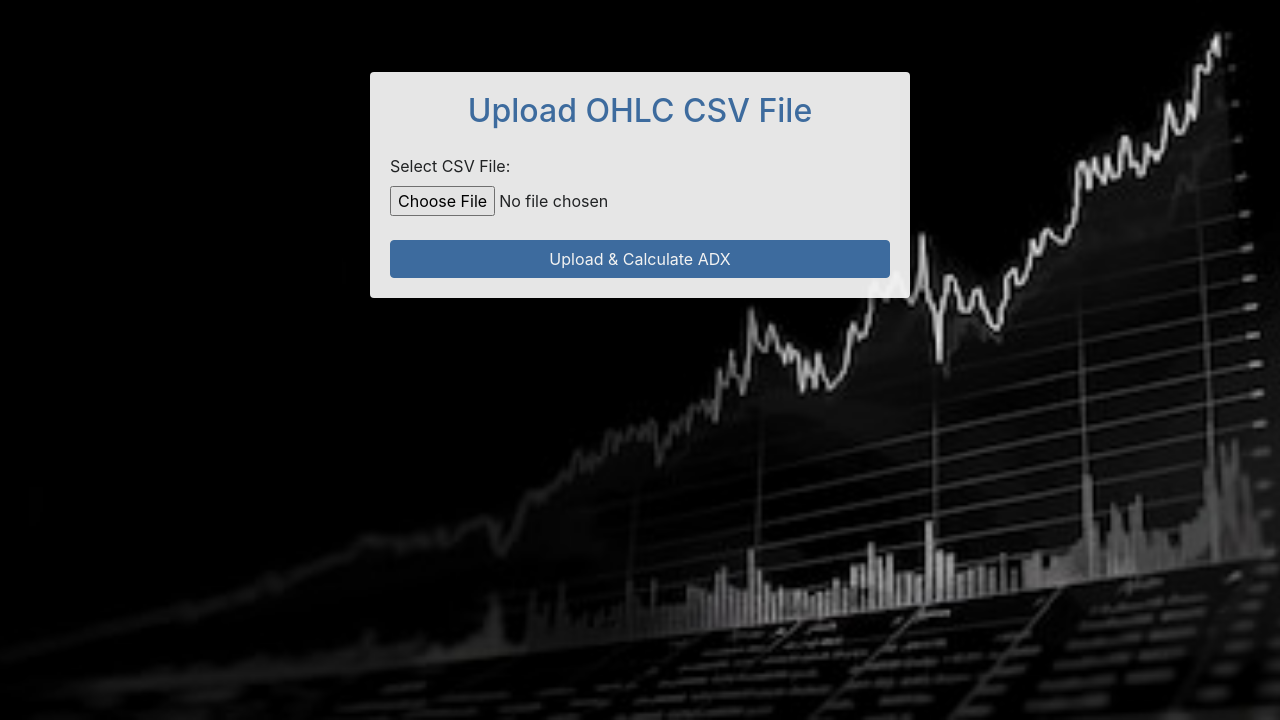
Repository: TEJAS-MI/Intelliqube-Assignment
Page: http://localhost/
The author's editor kept a copy of each file at every save. The page is drawn from the files as they stood at one save, then again after the next save.
The browser window is 1280 px wide. The pictures show the whole page.
The page is served by the project's application, run on Django 2.2 (manage.py).

Above is the page before, as saved 2025-12-03 20:26:15.

After the next save:
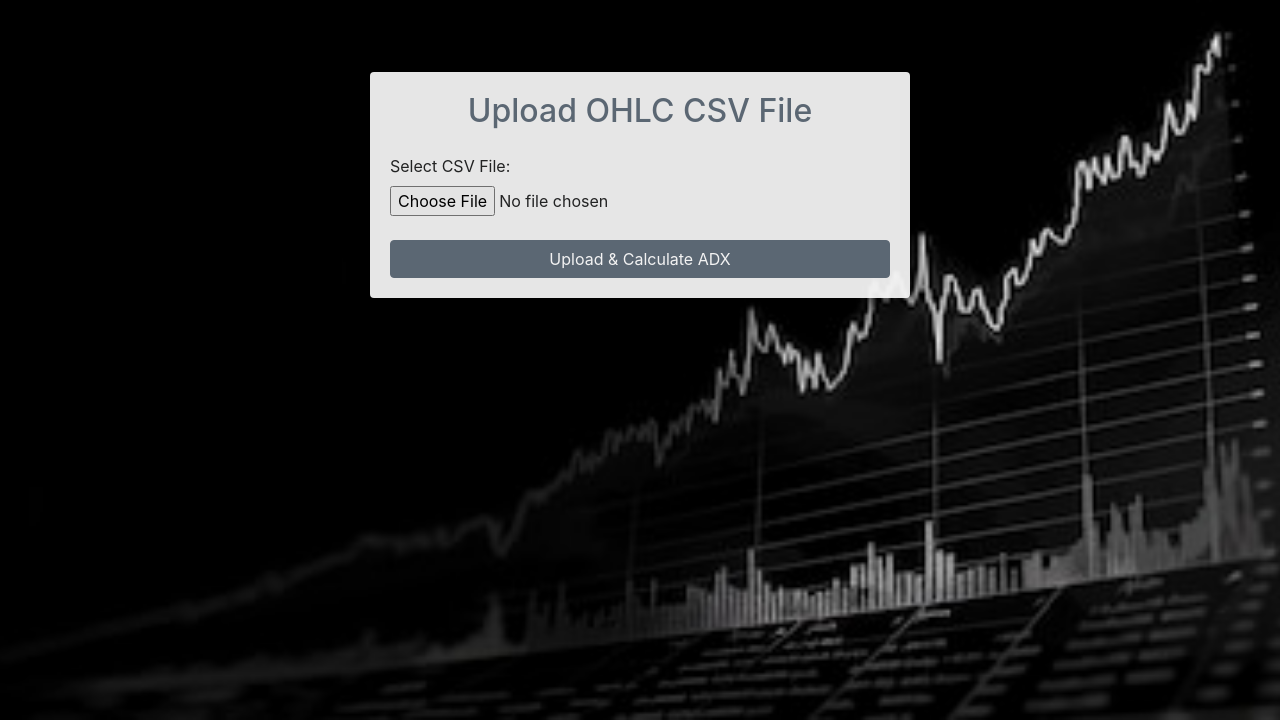
Saved 4 s later.
--- a/adxapp/templates/adxapp/index.html
+++ b/adxapp/templates/adxapp/index.html
@@ -19,7 +19,7 @@
         background-size: cover;
         background-attachment: fixed;
         background-position: center center;
-        filter: brightness(95%) grayscale(60%);
+        filter: brightness(95%) grayscale(90%);
       }
 
       /* Form Card Styling */
